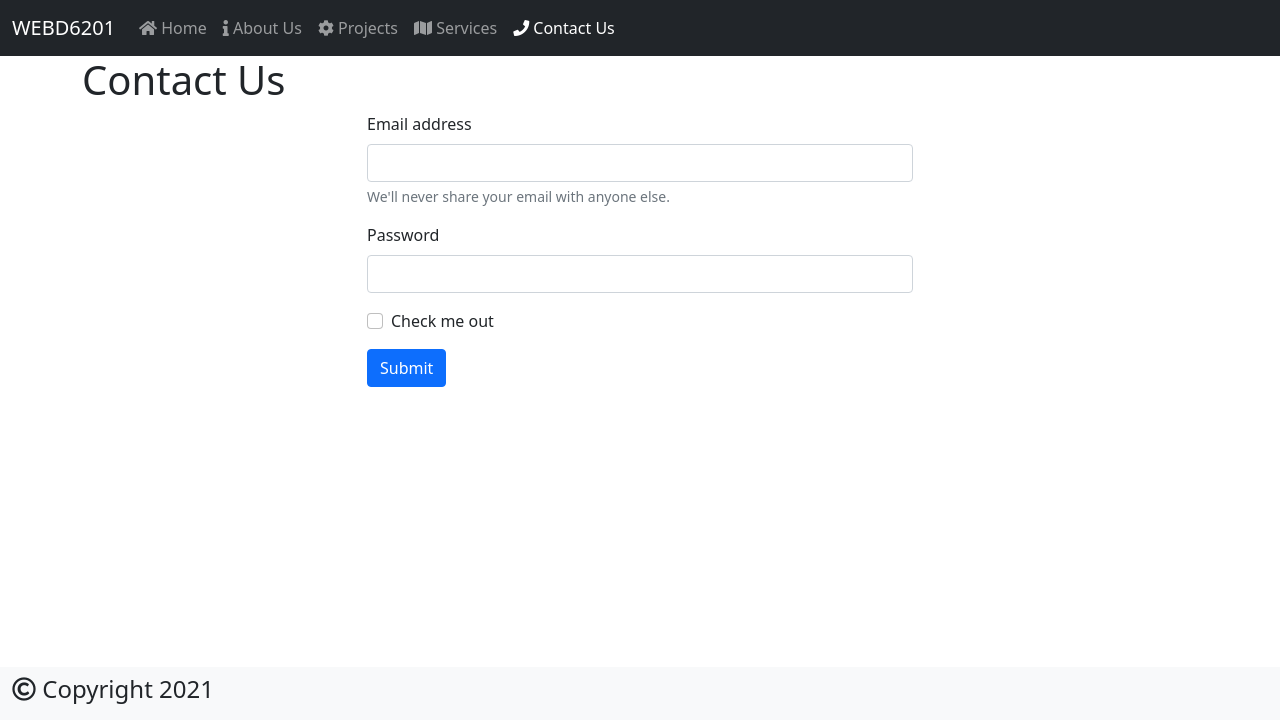
Repository: spencernewellevans/WEBD6201-ICE01
Page: contact.html
These files come from the project's save history. The page is drawn as it stood at one moment and after the next save; the edit follows.
The browser window is 1280 px wide. The pictures show the whole page.

Above is the page before, as saved 2021-01-22 19:34:21.

After the next save:
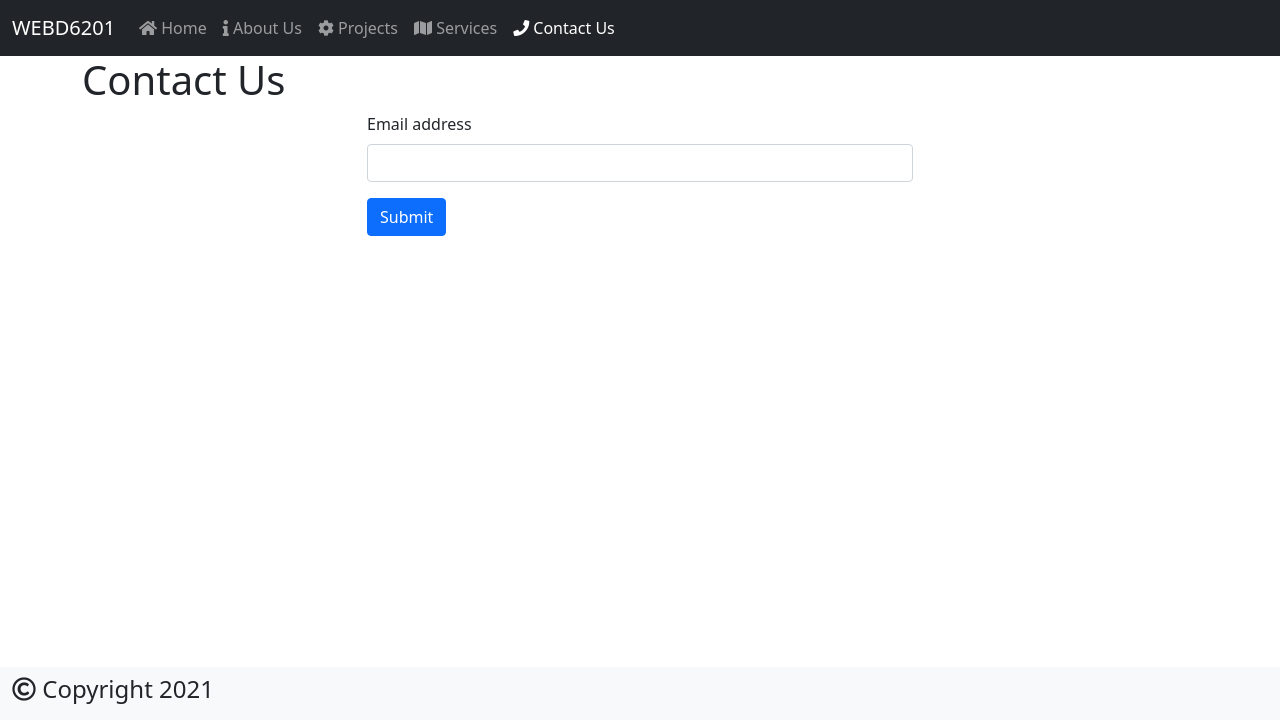
Saved 82 s later.
--- a/contact.html
+++ b/contact.html
@@ -56,16 +56,8 @@
             <div class="mb-3">
               <label for="exampleInputEmail1" class="form-label">Email address</label>
               <input type="email" class="form-control" id="exampleInputEmail1" aria-describedby="emailHelp">
-              <div id="emailHelp" class="form-text">We'll never share your email with anyone else.</div>
             </div>
-            <div class="mb-3">
-              <label for="exampleInputPassword1" class="form-label">Password</label>
-              <input type="password" class="form-control" id="exampleInputPassword1">
-            </div>
-            <div class="mb-3 form-check">
-              <input type="checkbox" class="form-check-input" id="exampleCheck1">
-              <label class="form-check-label" for="exampleCheck1">Check me out</label>
-            </div>
+
             <button type="submit" class="btn btn-primary">Submit</button>
           </form>
         </div>
